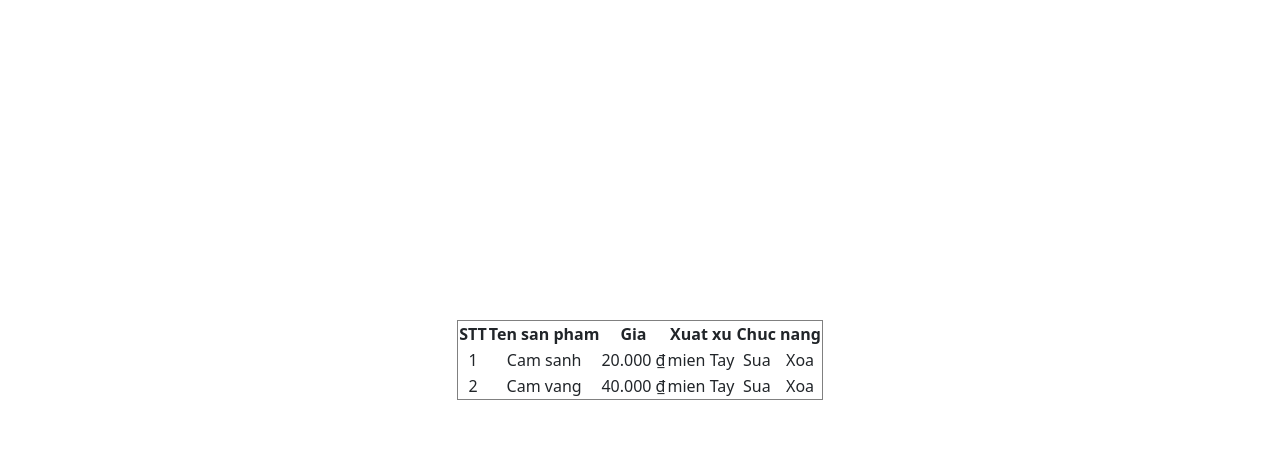
Repository: TinhTT336/MD02_Session12
Page: / (app in client/)
The author's editor kept a copy of each file at every save. The page is drawn from the files as they stood at one save, then again after the next save.
The browser window is 1280 px wide. The pictures show the whole page.
The project was rebuilt for these pictures with package versions that can differ from the ones it lists, and the page was loaded fresh each time. Requests to the local data server were answered from the project's data file. Also part of the build but not shown: client/vite.config.js.

Above is the page before, as saved 2023-09-11 13:35:57.

After the next save:
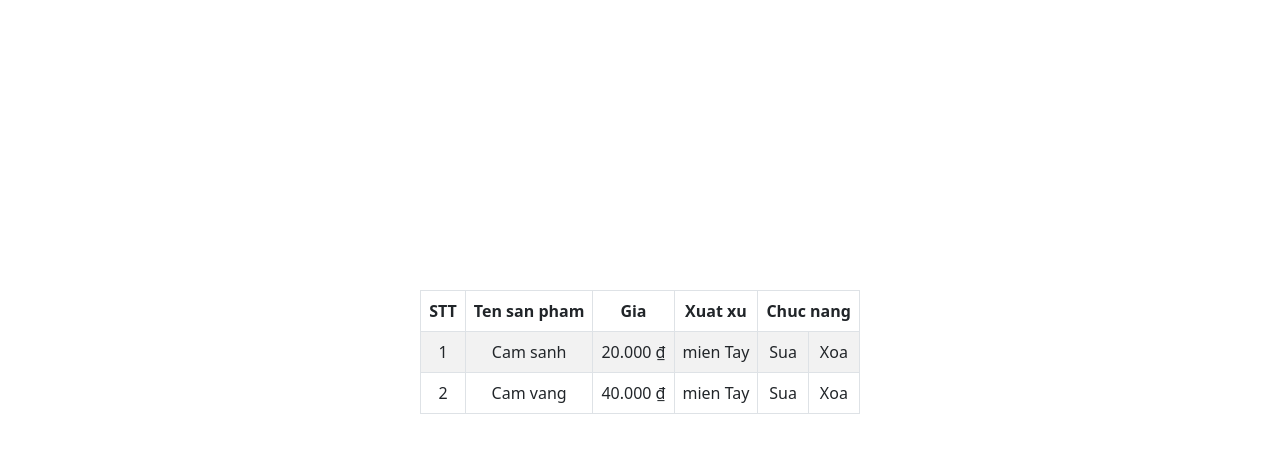
Saved 3 min 2 s later.
--- a/client/src/pages/product/ListProduct.jsx
+++ b/client/src/pages/product/ListProduct.jsx
@@ -34,14 +34,14 @@ export default function ListProduct() {
     }
     return (
         <>
-            <table border={1}>
+            <table border={1} className='table table-striped table-hover table-bordered'>
                 <thead>
                     <tr>
-                        <th>STT</th>
-                        <th>Ten san pham</th>
-                        <th>Gia</th>
-                        <th>Xuat xu</th>
-                        <th colSpan={2}>Chuc nang</th>
+                        <th scope='col'>STT</th>
+                        <th scope='col'>Ten san pham</th>
+                        <th scope='col'>Gia</th>
+                        <th scope='col'>Xuat xu</th>
+                        <th scope='col' colSpan={2}>Chuc nang</th>
                     </tr>
                 </thead>
                 <tbody>
